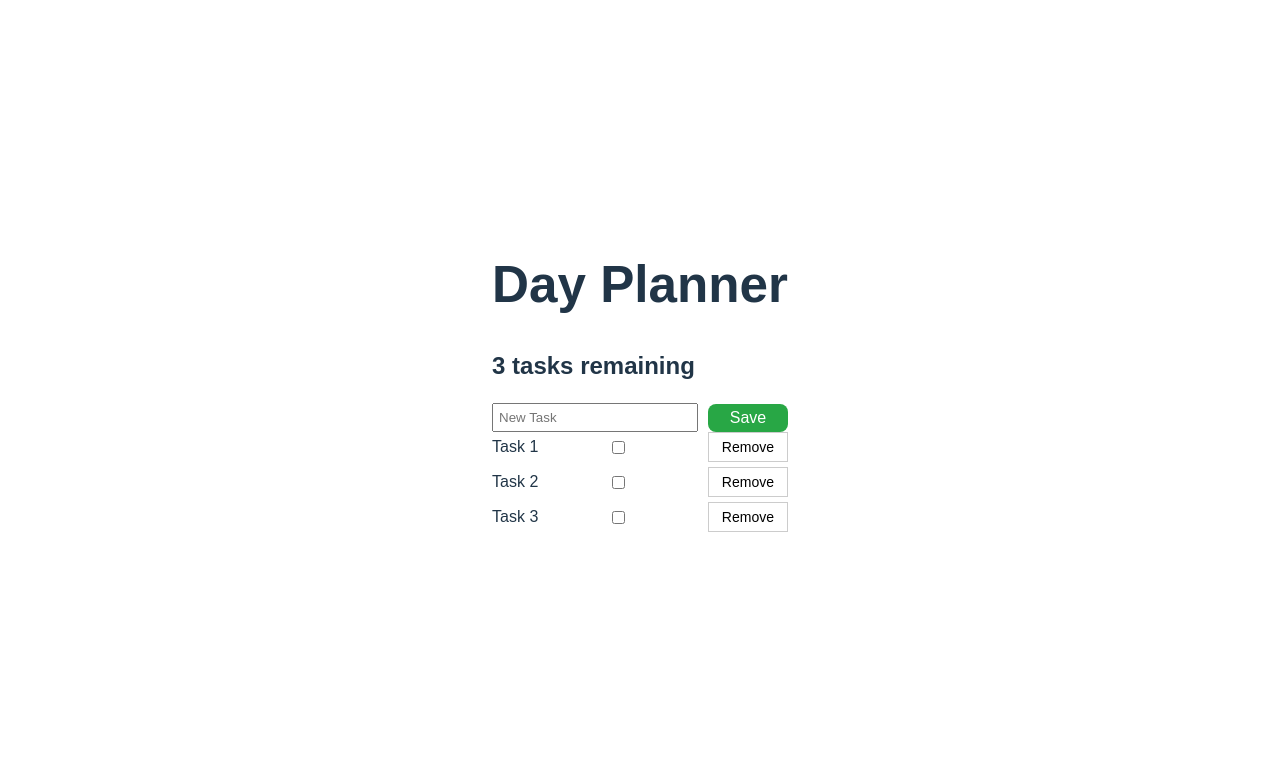
Repository: GavinPahal/lab5
Page: /
These files come from the project's save history. The page is drawn as it stood at one moment and after the next save; the edit follows.
The browser window is 1280 px wide. The pictures show the whole page.
The project was rebuilt for these pictures with package versions that can differ from the ones it lists, and the page was loaded fresh each time. Also part of the build but not shown: vite.config.js.

Above is the page before, as saved 2024-10-11 18:03:46.

After the next save:
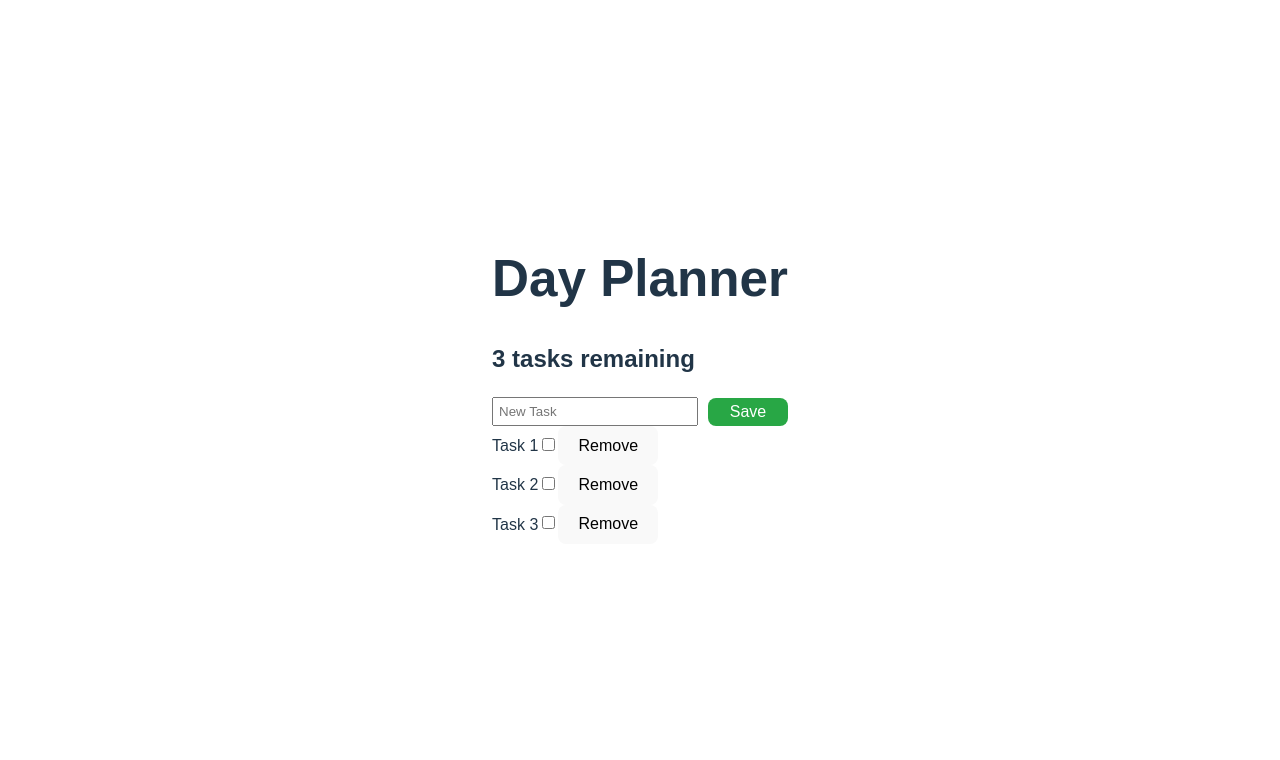
Saved 13 s later.
--- a/src/App.css
+++ b/src/App.css
@@ -15,21 +15,6 @@ body {
   border-radius: 5px; /* Keep this if you want rounded corners */
 }
 
-.task {
-  display: flex;
-  justify-content: space-between;
-  align-items: center; /* Align items vertically in the center */
-  margin-bottom: 5px;
-}
-
-input[type="text"] {
-  padding: 5px;
-}
-
-button {
-  padding: 5px;
-}
-
 button.save {
   background-color: #28a745; /* Green color */
   color: white;
@@ -40,22 +25,3 @@ button.save {
 button.save:hover {
   background-color: #218838; /* Darker green on hover */
 }
-
-button.remove {
-  width: 80px; /* Width for rectangular shape */
-  height: 30px; /* Height for rectangular shape */
-  background-color: transparent; /* No background color */
-  color: black; /* Text color */
-  border: 1px solid #ccc; /* Light border for visibility */
-  border-radius: 0; /* No rounded edges */
-  cursor: pointer;
-  display: flex; /* Flexbox for centering text */
-  align-items: center; /* Center vertically */
-  justify-content: center; /* Center horizontally */
-  font-size: 14px; /* Font size for fitting text */
-  margin-left: 10px; /* Add space between the save button and remove button */
-}
-
-.completed span {
-  text-decoration: line-through;
-}
